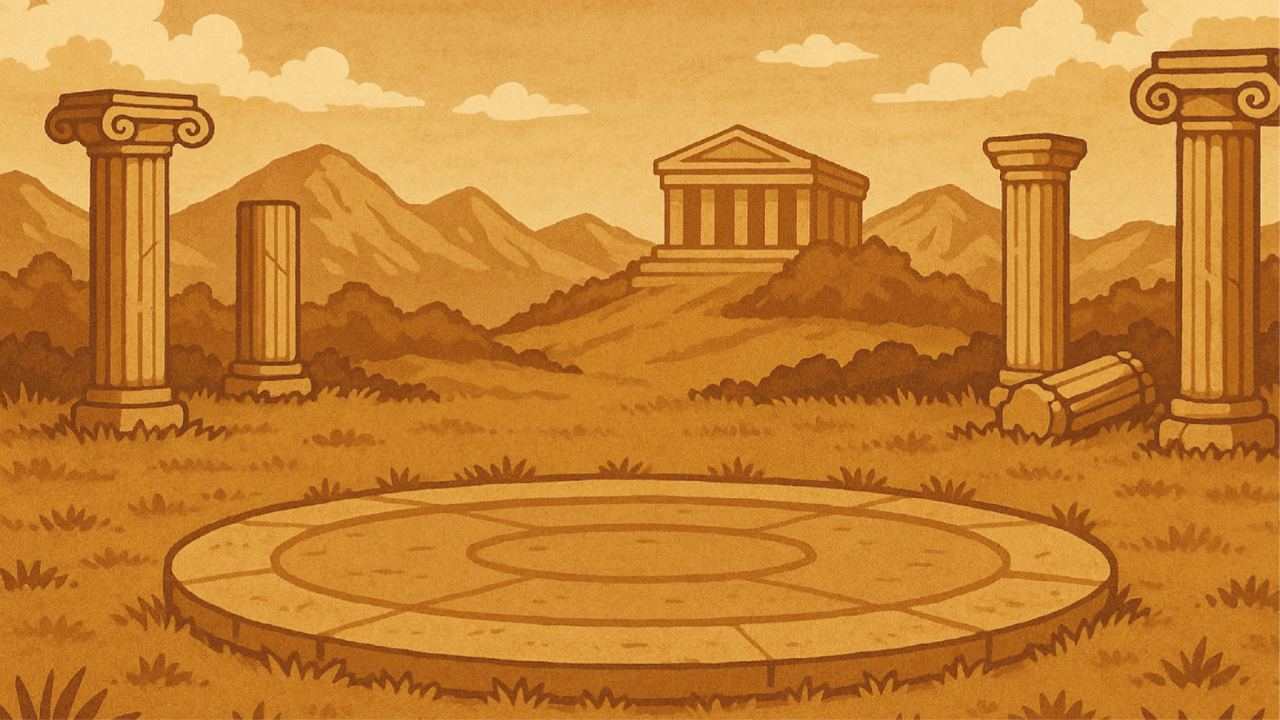
Repository: brianabariteau/Web-1-Final-Project-2025
Page: features/game/game.html
An editor plug-in stored every save of this project. The page is shown before and after the next save, followed by the edit.
The browser window is 1280 px wide. The pictures show the whole page.
Some web fonts or font styles are not loaded; a fallback is used.

Above is the page before, as saved 2025-12-23 04:35:21.

### features/game/game.html
<!DOCTYPE html>
<html lang="en">
  <head>
    <meta charset="UTF-8" />
    <meta name="viewport" content="width=device-width, initial-scale=1.0" />
    <title>MythoBattle Game</title>
    <link
      rel="icon"
      type="image/x-icon"
      href="../../assets/characters/zeus.png"
    />
    <script type="module" defer src="./game.js"></script>
    <link rel="stylesheet" href="./game.css" />
    <script
      src="https://code.jquery.com/jquery-3.7.1.min.js"
      integrity="sha256-/JqT3SQfawRcv/BIHPThkBvs0OEvtFFmqPF/lYI/Cxo="
      crossorigin="anonymous"
    ></script>
    <link
      href="https://fonts.googleapis.com/css2?family=Jersey+25&display=swap"
      rel="stylesheet"
    />
  </head>
  <body></body>
</html>

### features/game/game.js
"use strict";

// * The Background Image
const background = $("<img>")
  .addClass("background")
  .attr("src", "./assets/battle-background.png")
  .attr("alt", "Background");

$("body").append(background);

### features/game/game.css
.background {
  position: fixed;
  inset: 0;
  width: 100%;
  height: 100%;
  object-fit: cover;
  z-index: -1;
}

After the next save:
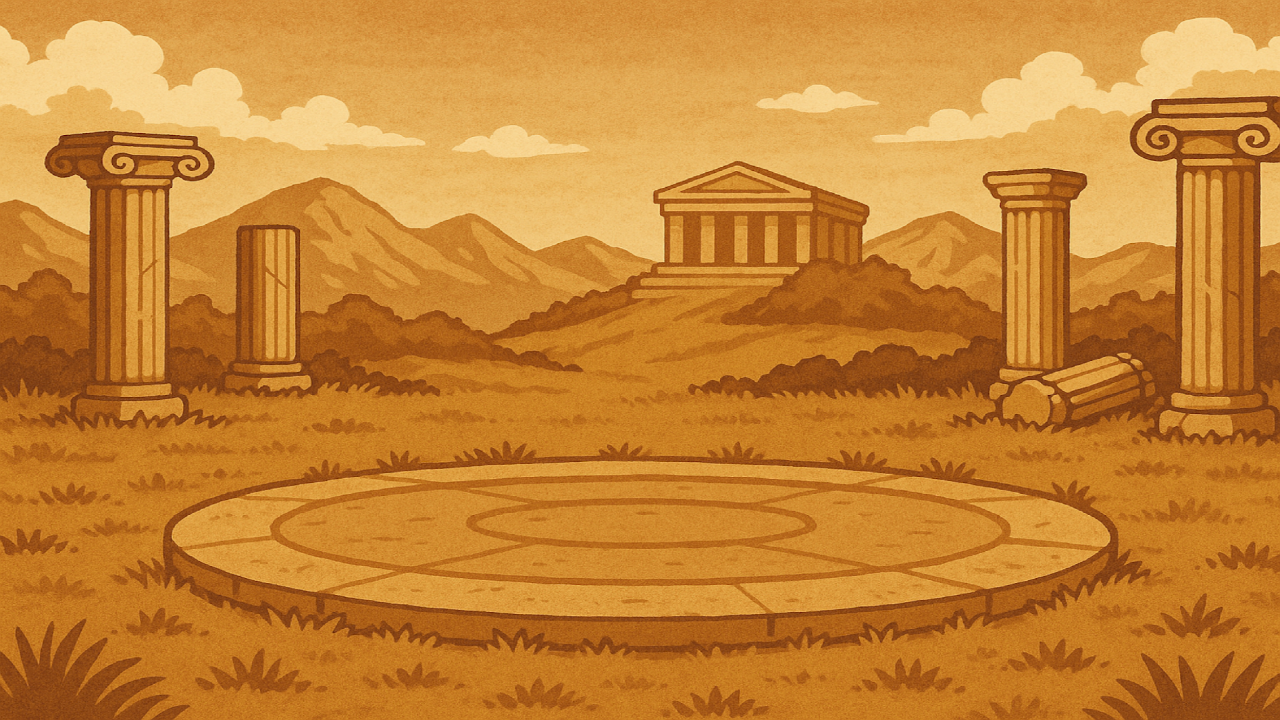
Saved 17 s later.
--- a/features/game/game.css
+++ b/features/game/game.css
@@ -3,6 +3,5 @@
   inset: 0;
   width: 100%;
   height: 100%;
-  object-fit: cover;
   z-index: -1;
 }
